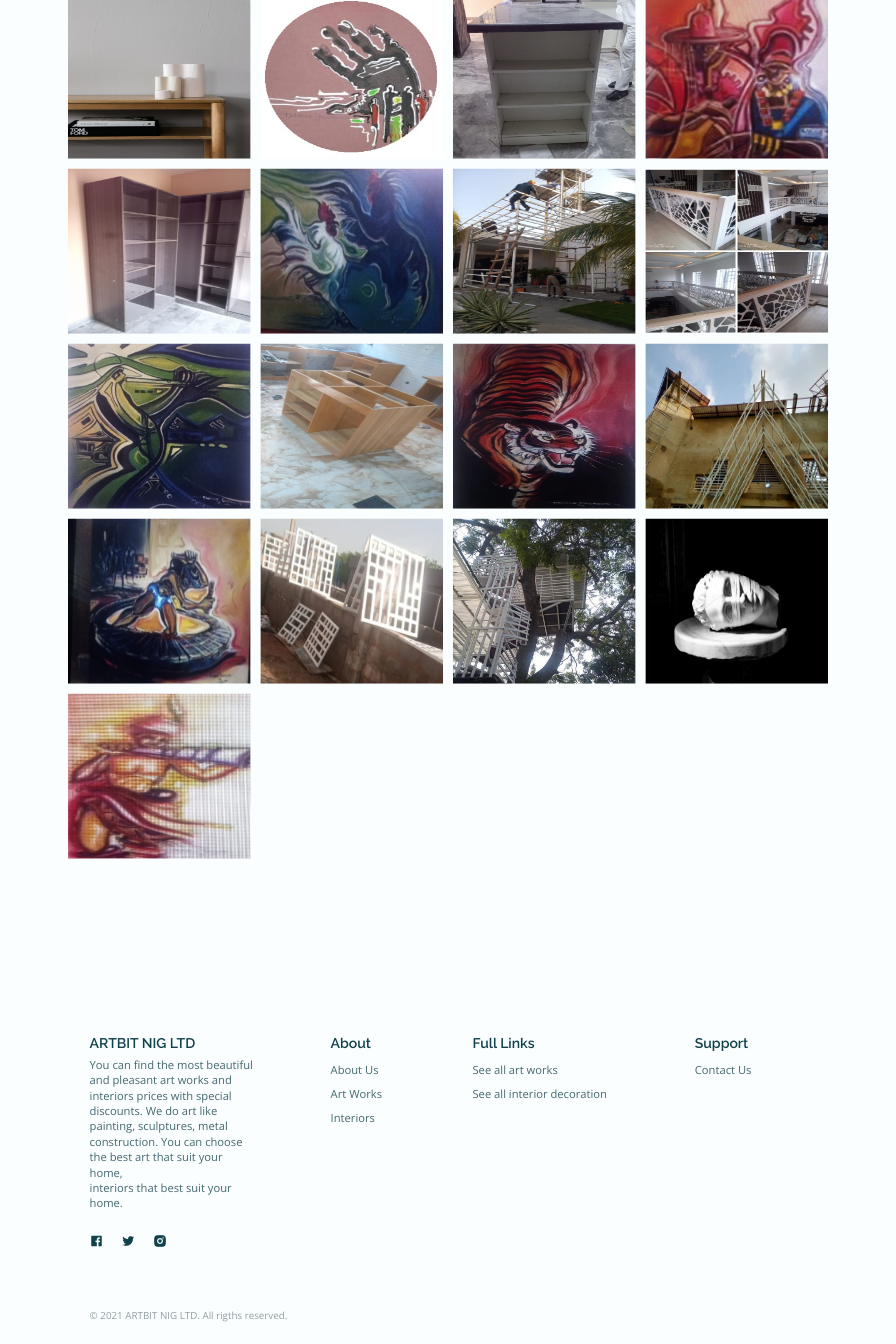
Repository: uche-hub/ARTBIT-WEB
Page: interiors.html
The author's editor kept a copy of each file at every save. The page is drawn from the files as they stood at one save, then again after the next save.
The browser window is 1280 px wide. The pictures show the part of the page from y = 1284 to 3204 px (the page is 3204 px tall), at 70% of full size.

Above is the page before, as saved 2021-11-17 15:41:44.
Console error: TypeError: Cannot read properties of null (reading 'classList')

After the next save:
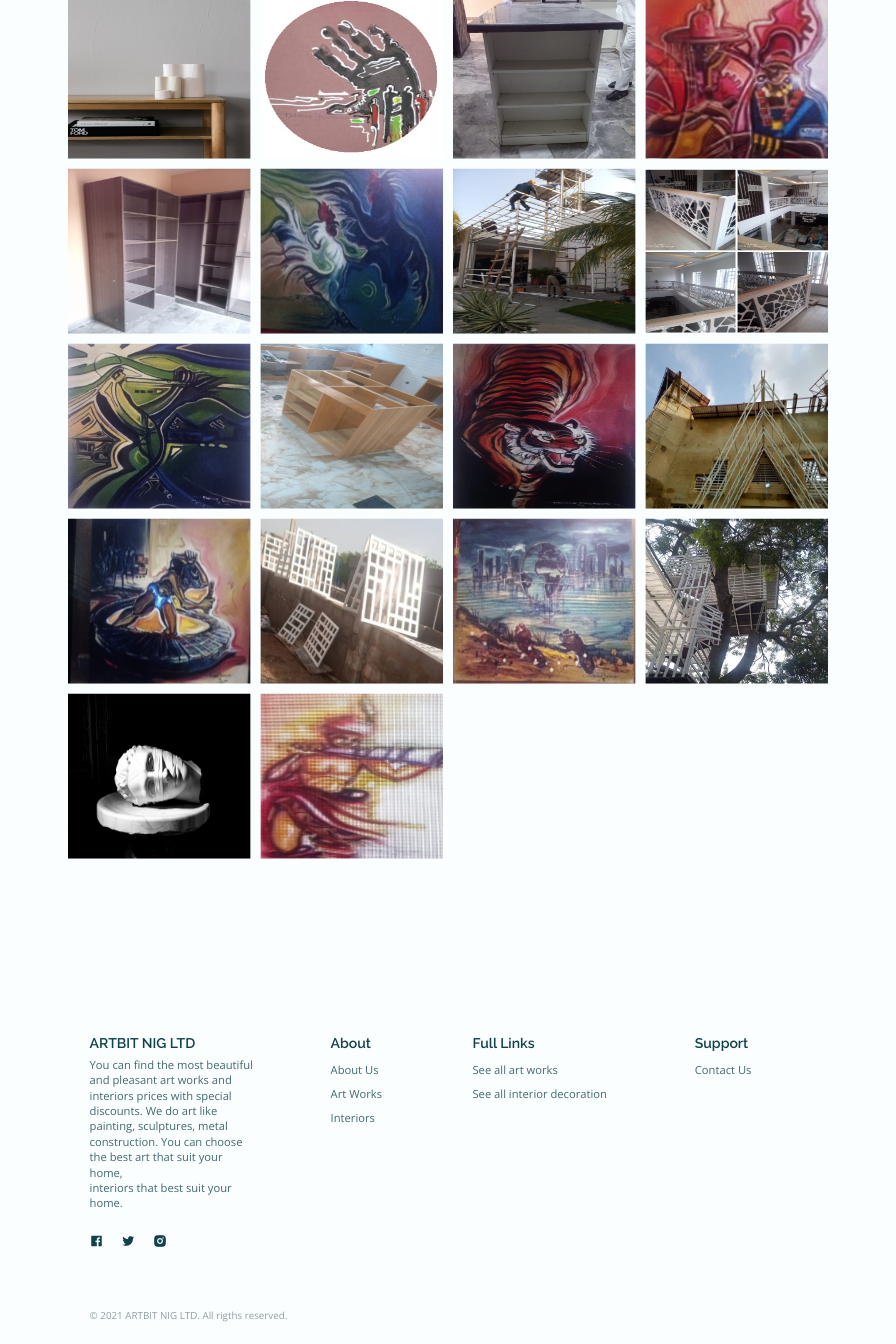
Saved 25 s later.
--- a/interiors.html
+++ b/interiors.html
@@ -170,6 +170,9 @@
             </div>
             <div class="image" data-name="painting">
               <span><img src="/assets/img/i9.jpeg" alt="painting 4" /></span>
+            </div>
+            <div class="image" data-name="sculptures">
+              <span><img src="/assets/img/a9.jpeg" alt="sculptures 3" /></span>
             </div>
             <div class="image" data-name="metal">
               <span><img src="/assets/img/i10.jpeg" alt="metal 4" /></span>
